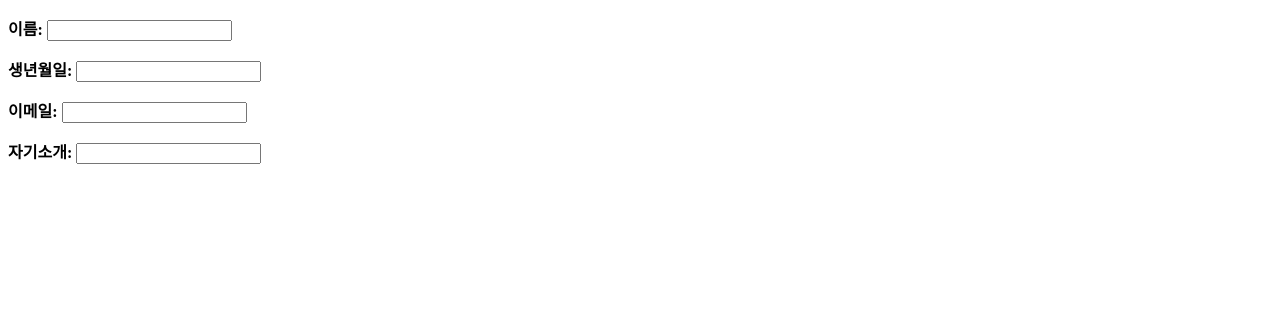
Repository: Visionary1/fullstack-dev-study
Page: http://localhost/Test/lesson04/ex02.jsp
The author's editor kept a copy of each file at every save. The page is drawn from the files as they stood at one save, then again after the next save.
The browser window is 1280 px wide. The pictures show the whole page.
The page is served by Tomcat 9.

Above is the page before, as saved 2022-02-11 10:32:16.

### 4_servlet/workspace/Test/src/main/webapp/lesson04/ex02.jsp
<%@ page language="java" contentType="text/html; charset=UTF-8"
    pageEncoding="UTF-8"%>
<!DOCTYPE html>
<html>
<head>
<meta charset="UTF-8">
<title>사용자 추가</title>
</head>
<body>

<!--
	flow

	1) 유저 추가 : 인풋 폼 - ex02.jsp -> 서블릿(insert 쿼리) -> 유저 목록 (select 쿼리) ex02_1.jsp
 -->

 	<form method="post" action="/lesson04/user_insert">
 		<p>
 			<b>이름:</b>
 			<input type="text" name="name">
 		</p>

 		<p>
 			<b>생년월일:</b>
 			<input type="text" name="yyyymmdd">
 		</p>

 		<p>
 			<b>이메일:</b>
 			<input type="text" name="email">
 		</p>

 		<p>
 			<b>자기소개:</b>
 			<input type="text" name="email">
 		</p>

 	</form>

</body>
</html>

After the next save:
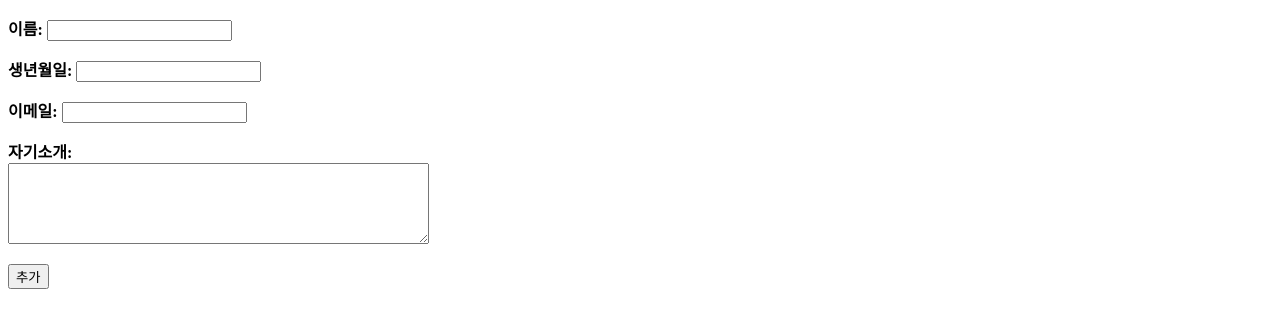
Saved 105 s later.
--- a/4_servlet/workspace/Test/src/main/webapp/lesson04/ex02.jsp
+++ b/4_servlet/workspace/Test/src/main/webapp/lesson04/ex02.jsp
@@ -31,9 +31,14 @@
  		</p>
 
  		<p>
- 			<b>자기소개:</b>
- 			<input type="text" name="email">
+ 			<b>자기소개:</b><br>
+ 			<textarea rows="5" cols="50" name="introduce"></textarea>
  		</p>
+
+ 		<p>
+ 			<input type="submit" value="추가">
+ 		</p>
+
 
  	</form>
 
